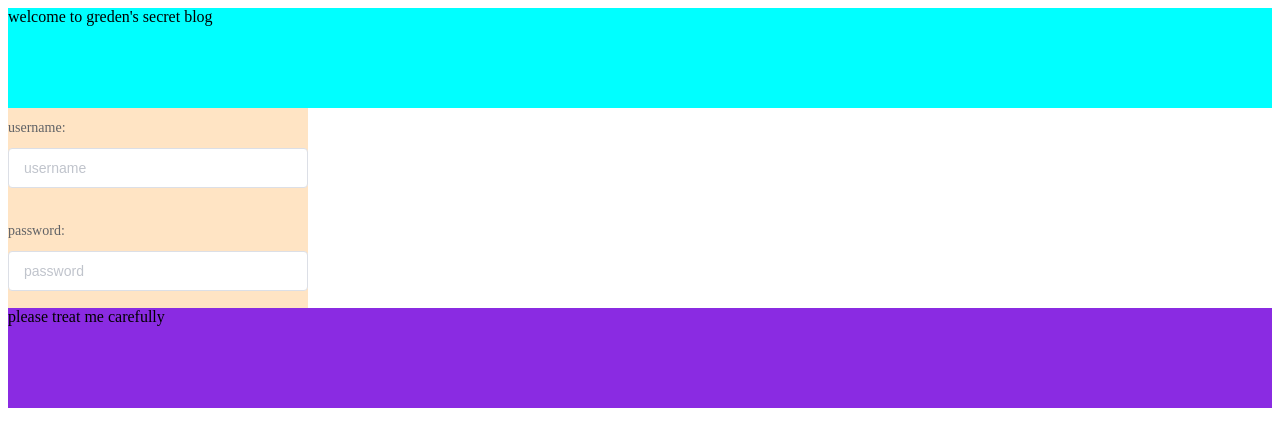
Repository: greden0814/myBlog
Page: /
An editor plug-in stored every save of this project. The page is shown before and after the next save, followed by the edit.
The browser window is 1280 px wide. The pictures show the whole page.
The project was rebuilt for these pictures with package versions that can differ from the ones it lists, and the page was loaded fresh each time.

Above is the page before, as saved 2021-07-10 18:38:20.

After the next save:
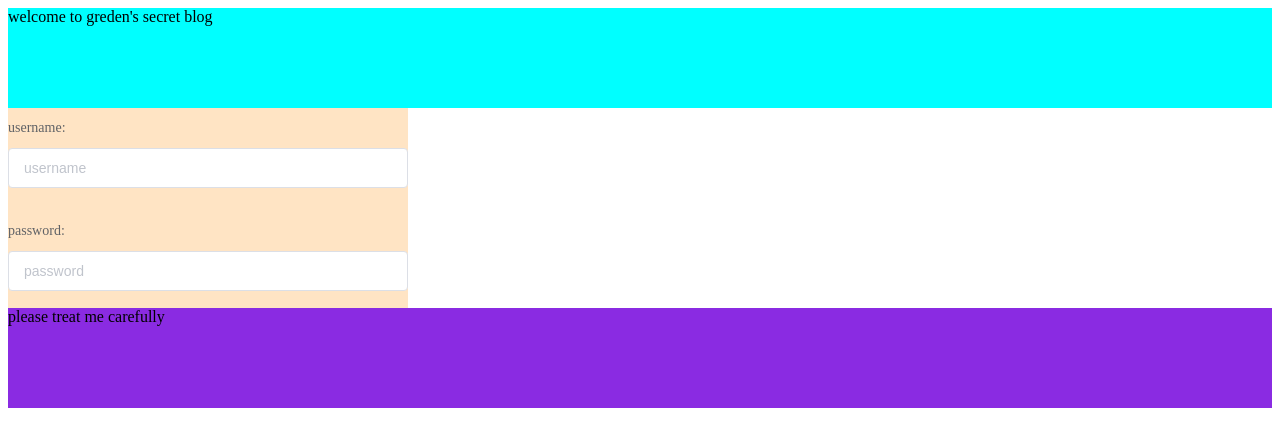
Saved 16 s later.
--- a/src/views/login/index.vue
+++ b/src/views/login/index.vue
@@ -39,7 +39,7 @@ export default {
   .body {
     .loginZone {
       height: 200px;
-      width: 300px;
+      width: 400px;
       background-color: bisque;
     }
   }
